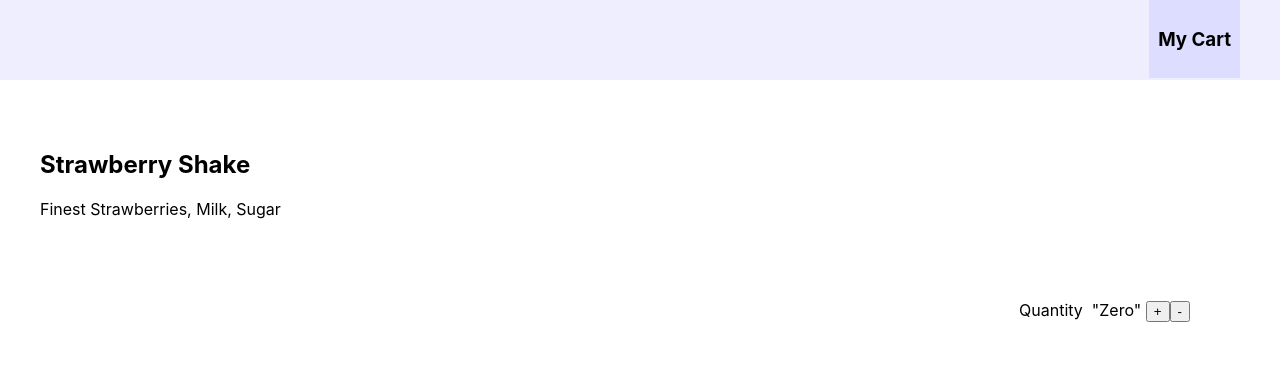
Repository: suhail-yazdan/shopping-cart-react
Page: /
The author's editor kept a copy of each file at every save. The page is drawn from the files as they stood at one save, then again after the next save.
The browser window is 1280 px wide. The pictures show the whole page.
The project was rebuilt for these pictures with package versions that can differ from the ones it lists, and the page was loaded fresh each time.

Above is the page before, as saved 2023-10-04 16:22:11.

After the next save:
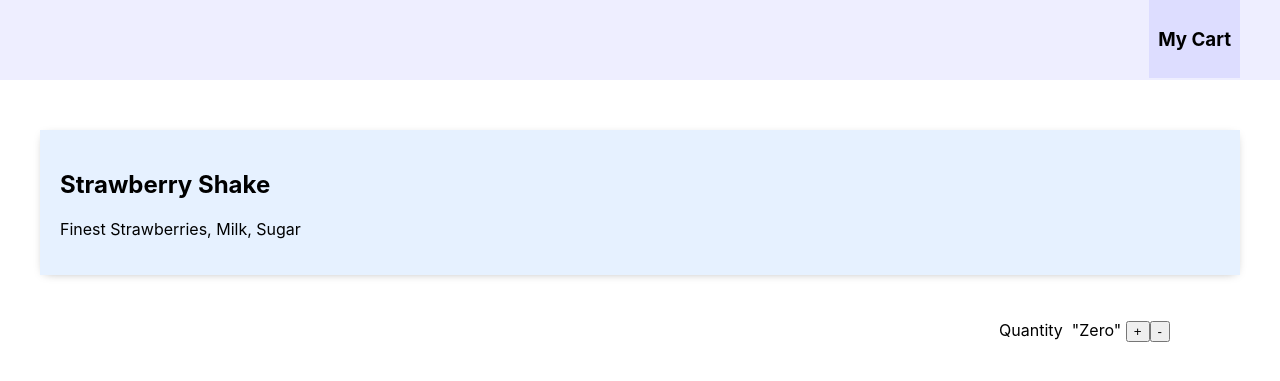
Saved 104 s later.
--- a/src/Card.jsx
+++ b/src/Card.jsx
@@ -4,7 +4,7 @@ import "./cardstyle.css";
 
 const Card = () => {
   return (
-    <div>
+    <div className='card selected'>
       <h2> Strawberry Shake </h2>
       <p> Finest Strawberries, Milk, Sugar </p>
       <div>
